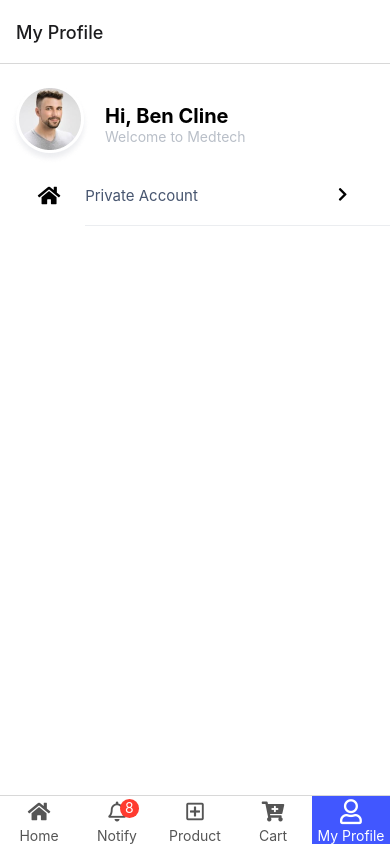
Repository: ntu34543/designReactNative
Screen: /My Profile
The author's editor kept a copy of each file at every save. The screen is drawn from the files as they stood at one save, then again after the next save.
The app was drawn by React Native's web renderer in a window 390 px wide. The project was rebuilt for these pictures with package versions that can differ from the ones it lists, and the page was loaded fresh each time. Also part of the build but not shown: page/DiabetesCare.js, page/Notify.js, page/Cart.js.

Above is the screen before, as saved 2022-11-02 10:56:37.

After the next save:
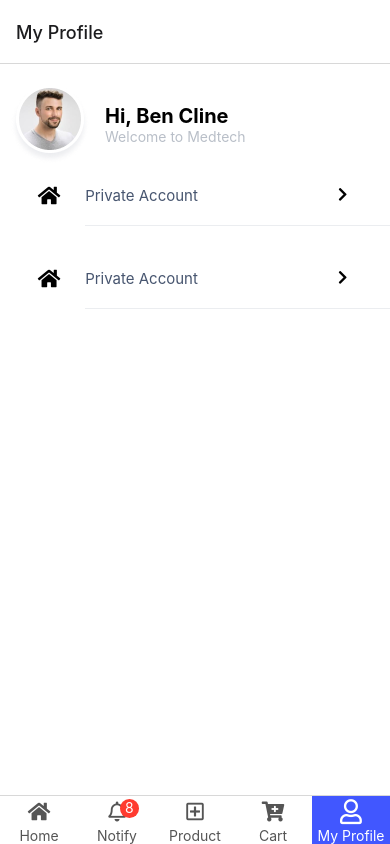
Saved 16 s later.
--- a/page/Profile.js
+++ b/page/Profile.js
@@ -30,6 +30,13 @@ export default function Profile({ navigation }) {
         </View>
       </View>
       <View style={styles.main}>
+        <View style={styles.block}>
+          <FontAwesome5 name="home" size={20} style={styles.iconHome} />
+          <View style={styles.item}>
+            <Text style={styles.text3}>Private Account</Text>
+            <FontAwesome5 name="chevron-right" size={15} color="black" style={styles.iconChevron} />
+          </View>
+        </View>
         <View style={styles.block}>
           <FontAwesome5 name="home" size={20} style={styles.iconHome} />
           <View style={styles.item}>
